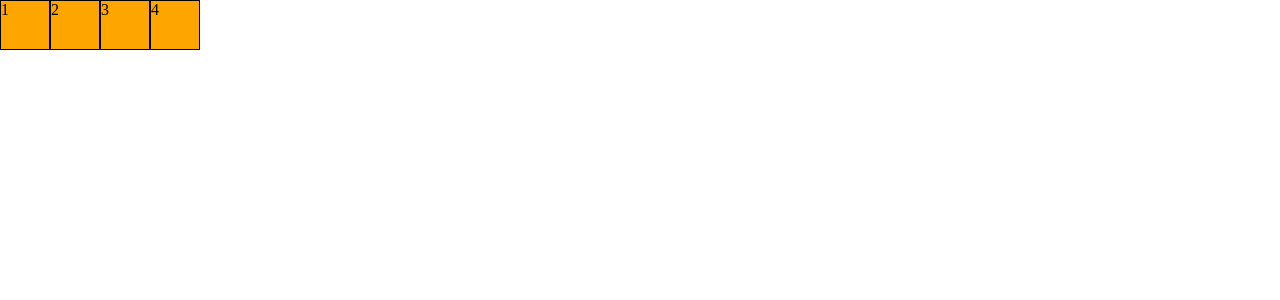
Repository: wisdomphamdev/flex-box
Page: index.html
These files come from the project's save history. The page is drawn as it stood at one moment and after a run of saves; the edit follows.
The browser window is 1280 px wide. The pictures show the whole page.

Above is the page before, as saved 2024-06-10 21:07:02.

### index.html
<!DOCTYPE html>
<html lang="en">
<head>
    <meta charset="UTF-8">
    <meta name="viewport" content="width=device-width, initial-scale=1.0">
    <title>Document</title>
    <link rel="stylesheet" href="style.css">
</head>
<body>
    <div class="container">
        <div class="item">1</div>
        <div class="item">2</div>
        <div class="item">3</div>
        <div class="item">4</div>


    </div>
</body>
</html>

### style.css
*{
    padding: 0;
    margin: 0;
    box-sizing: border-box;
}

.item{
    height: 50px;
    width: 50px;
    border: 1px solid #000;
    background: orange;
}

.container{
    display: flex;
    /* flex-direction: column; */
    /* flex-direction: row; */
    /* flex-direction: column-reverse;*/
    /* flex-direction: row-reverse; */
    /* flex-wrap:nowrap ; */
    /* flex-wrap:wrap ; */
    /* flex-wrap: wrap-reverse; */
    /* justify-content:center ; */
    /* justify-content:flex-end ; */
    justify-content:flex-start ;





}

After the next 2 saves:
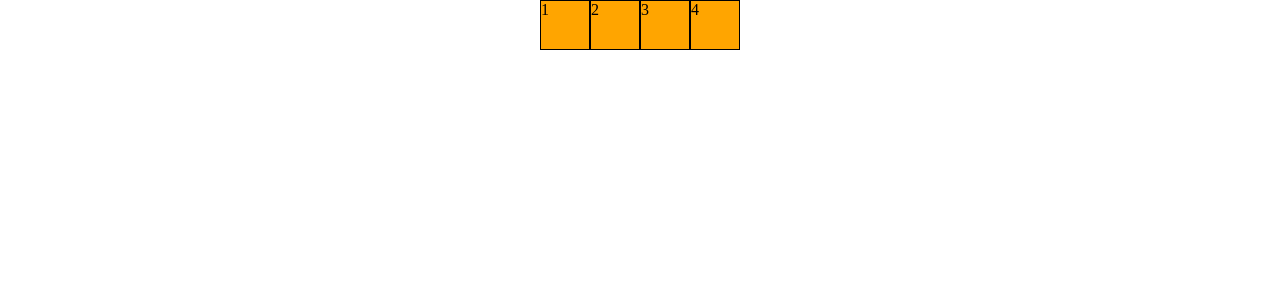
The 2 saves are shown as one change because they came seconds apart.
The last was saved 54 s later.
--- a/style.css
+++ b/style.css
@@ -22,7 +22,9 @@
     /* flex-wrap: wrap-reverse; */
     /* justify-content:center ; */
     /* justify-content:flex-end ; */
-    justify-content:flex-start ;
+    /* justify-content:flex-start ; */
+    justify-content:center ;
+
 
 
 

After the save that followed:
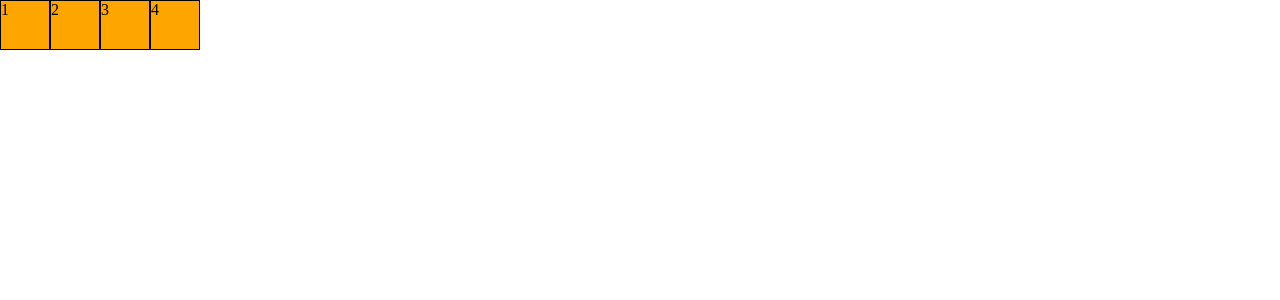
Saved 15 s later.
--- a/style.css
+++ b/style.css
@@ -23,7 +23,7 @@
     /* justify-content:center ; */
     /* justify-content:flex-end ; */
     /* justify-content:flex-start ; */
-    justify-content:center ;
+    justify-content: ;
 
 
 
